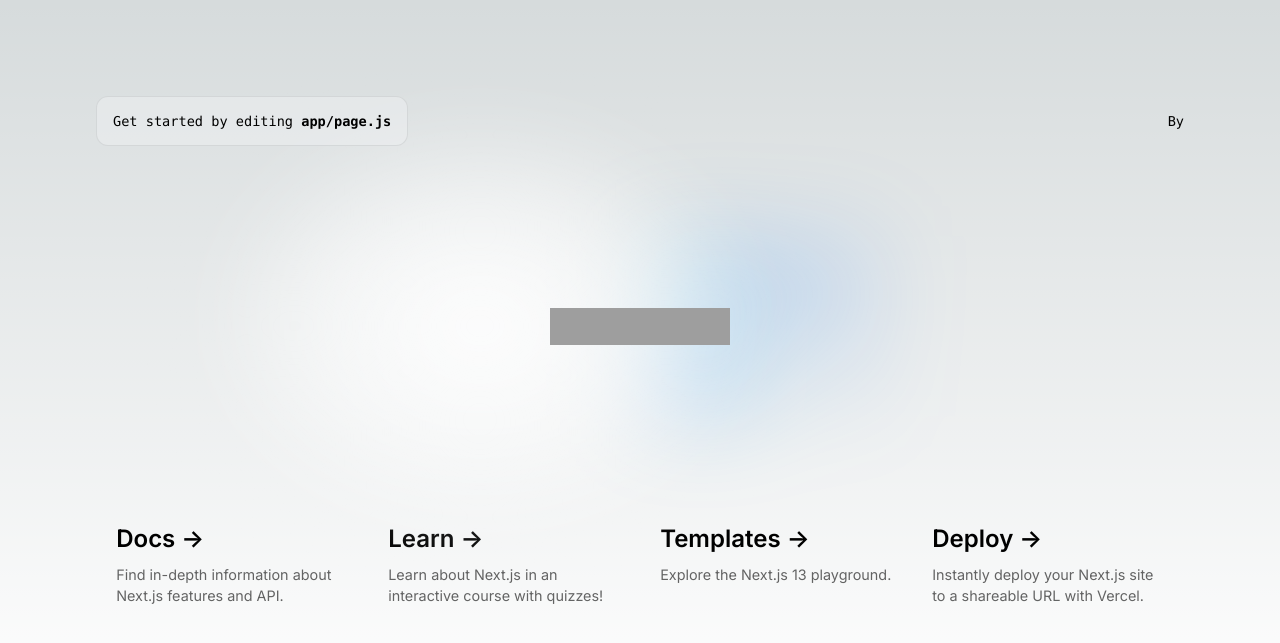
Repository: Seva2705/stripe-nextjs
Page: /
These files come from the project's save history. The page is drawn as it stood at one moment and after a run of saves; the edit follows.
The browser window is 1280 px wide. The pictures show the whole page.
Pictures or frames that could not be fetched are drawn as grey boxes. The project was rebuilt for these pictures with package versions that can differ from the ones it lists, and the page was loaded fresh each time. The framework's server and built-in components were replaced by stand-ins that run in the browser. Also part of the build but not shown: next.config.js.

Above is the page before, as saved 2023-10-31 22:45:33.

### app/page.js
import Image from 'next/image'
import styles from './page.module.css'

export default function Home() {
  return (
    <main className={styles.main}>
      <div className={styles.description}>
        <p>
          Get started by editing&nbsp;
          <code className={styles.code}>app/page.js</code>
        </p>
        <div>
          <a
            href="https://vercel.com?utm_source=create-next-app&utm_medium=appdir-template&utm_campaign=create-next-app"
            target="_blank"
            rel="noopener noreferrer"
          >
            By{' '}
           {/*  <Image
              src="/vercel.svg"
              alt="Vercel Logo"
              className={styles.vercelLogo}
              width={100}
              height={24}
              priority
            /> */}
          </a>
        </div>
      </div>

      <div className={styles.center}>
        <Image
          className={styles.logo}
          src="/next.svg"
          alt="Next.js Logo"
          width={180}
          height={37}
          priority
        />
      </div>

      <div className={styles.grid}>
        <a
          href="https://nextjs.org/docs?utm_source=create-next-app&utm_medium=appdir-template&utm_campaign=create-next-app"
          className={styles.card}
          target="_blank"
          rel="noopener noreferrer"
        >
          <h2>
            Docs <span>-&gt;</span>
          </h2>
          <p>Find in-depth information about Next.js features and API.</p>
        </a>

        <a
          href="https://nextjs.org/learn?utm_source=create-next-app&utm_medium=appdir-template&utm_campaign=create-next-app"
          className={styles.card}
          target="_blank"
          rel="noopener noreferrer"
        >
          <h2>
            Learn <span>-&gt;</span>
          </h2>
          <p>Learn about Next.js in an interactive course with&nbsp;quizzes!</p>
        </a>

        <a
          href="https://vercel.com/templates?framework=next.js&utm_source=create-next-app&utm_medium=appdir-template&utm_campaign=create-next-app"
          className={styles.card}
          target="_blank"
          rel="noopener noreferrer"
        >
          <h2>
            Templates <span>-&gt;</span>
          </h2>
          <p>Explore the Next.js 13 playground.</p>
        </a>

        <a
          href="https://vercel.com/new?utm_source=create-next-app&utm_medium=appdir-template&utm_campaign=create-next-app"
          className={styles.card}
          target="_blank"
          rel="noopener noreferrer"
        >
          <h2>
            Deploy <span>-&gt;</span>
          </h2>
          <p>
            Instantly deploy your Next.js site to a shareable URL with Vercel.
          </p>
        </a>
      </div>
    </main>
  )
}

Loaded but not shown: app/layout.js (common file); app/globals.css (common file); app/page.module.css (common file)

After the next 2 saves:
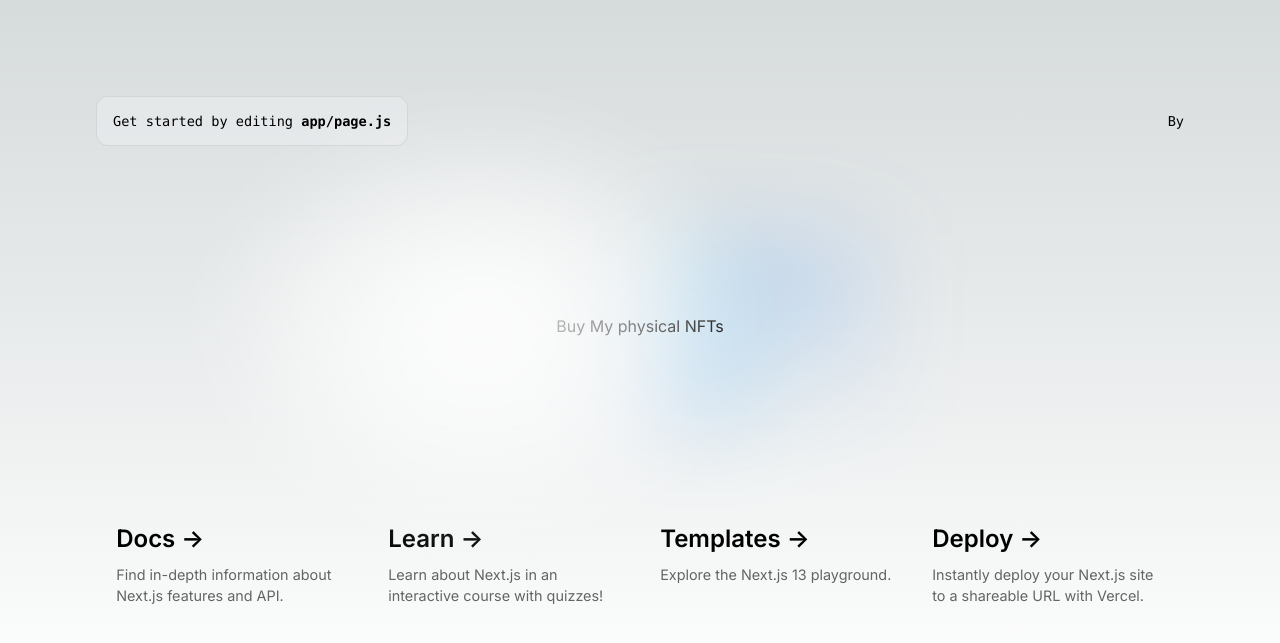
The 2 saves are shown as one change because they came seconds apart.
The last was saved 7 s later.
--- a/app/page.js
+++ b/app/page.js
@@ -29,14 +29,14 @@ export default function Home() {
       </div>
 
       <div className={styles.center}>
-        <Image
+        {/* <Image
           className={styles.logo}
           src="/next.svg"
           alt="Next.js Logo"
           width={180}
           height={37}
           priority
-        />
+        /> */}Buy My physical NFTs
       </div>
 
       <div className={styles.grid}>
